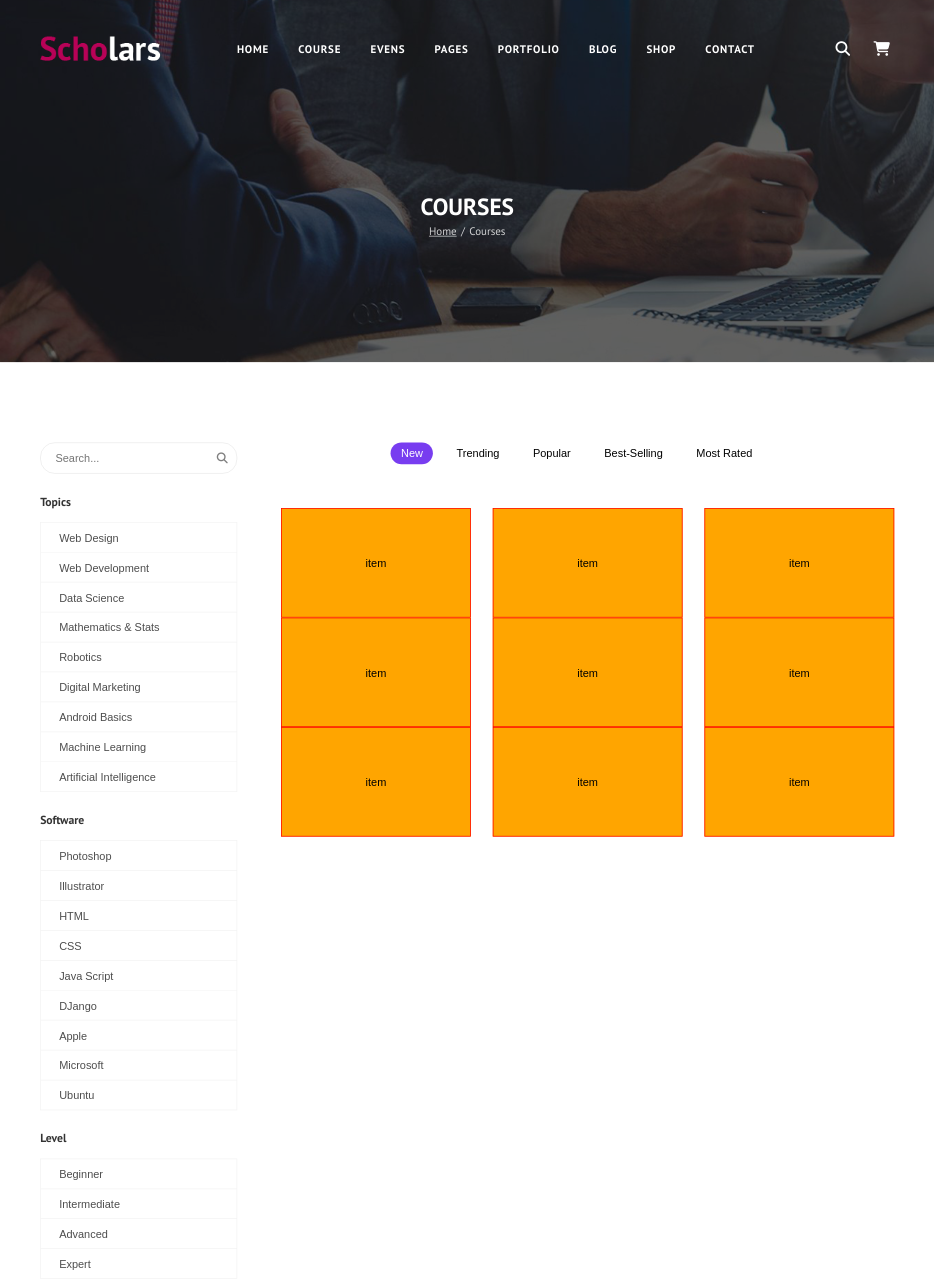
Repository: lannguyen1301/f8-zoom-day-7
Page: index.html
These files come from the project's save history. The page is drawn as it stood at one moment and after the next save; the edit follows.
The browser window is 1280 px wide. The pictures show the whole page, at 73% of full size.
Some web fonts or font styles are not loaded; a fallback is used.

Above is the page before, as saved 2025-04-24 23:58:58.

After the next save:
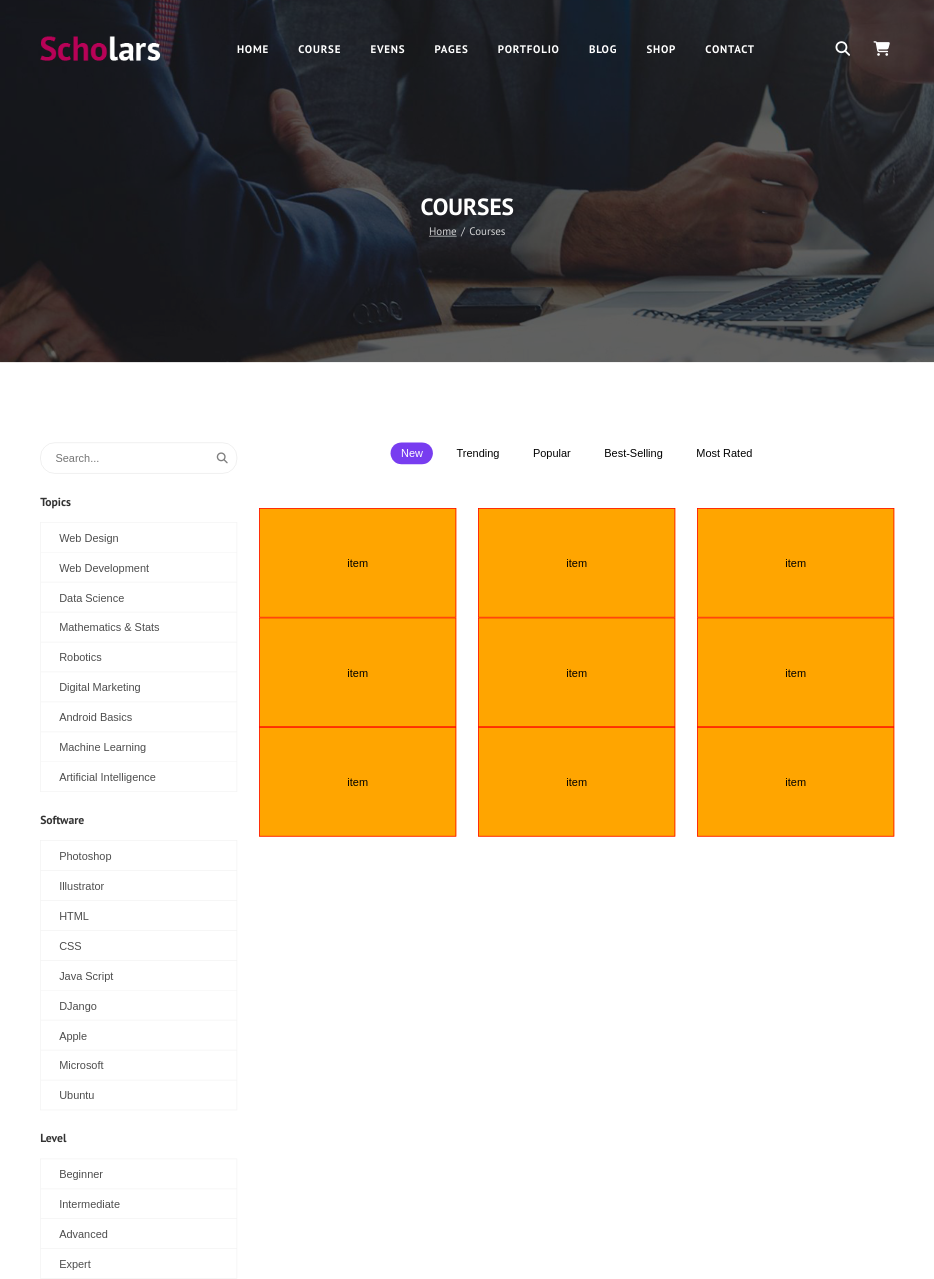
Saved 35 s later.
--- a/assets/css/style.css
+++ b/assets/css/style.css
@@ -246,7 +246,7 @@ ul.menu li + li {
     display: flex;
     flex-wrap: wrap;
     margin-top: 60px;
-    margin-left: -30[x];
+    margin-left: -30px;
 }
 
 .courses-item {
